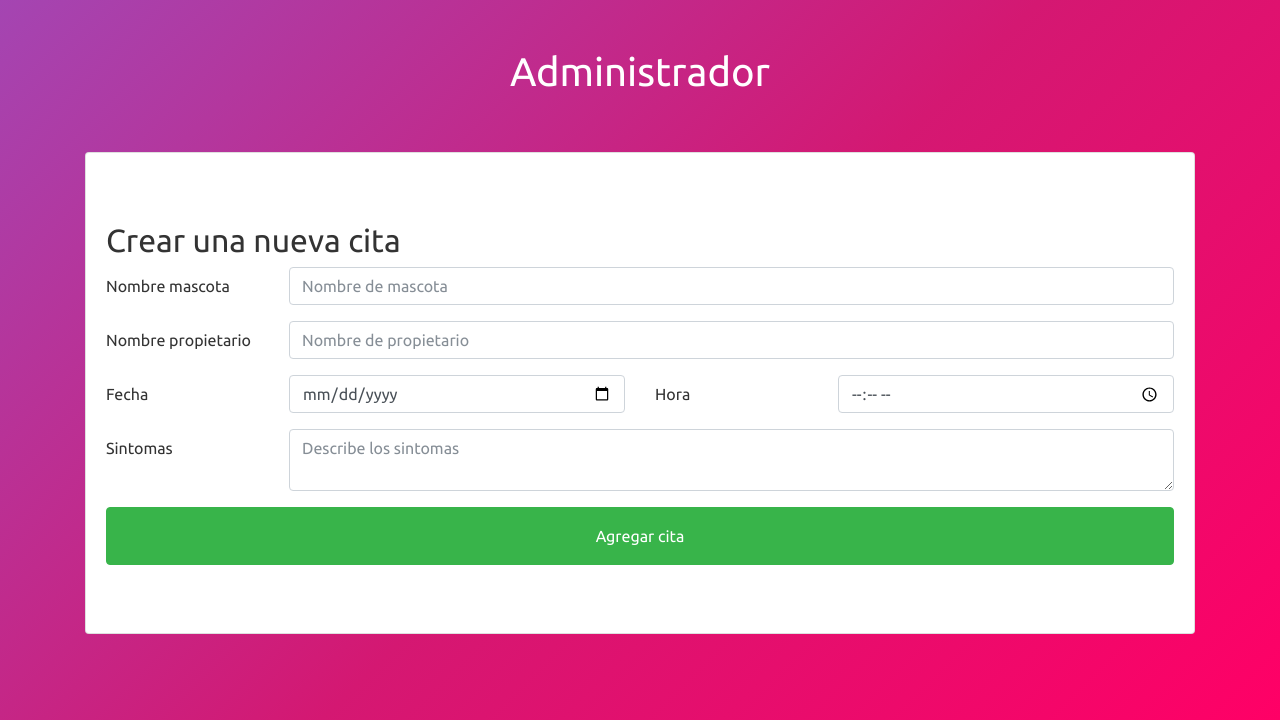
Repository: harrycampaz/react-veterinario-form
Page: /
These files come from the project's save history. The page is drawn as it stood at one moment and after the next save; the edit follows.
The browser window is 1280 px wide. The pictures show the whole page.
The project was rebuilt for these pictures with package versions that can differ from the ones it lists, and the page was loaded fresh each time.

Above is the page before, as saved 2020-01-16 16:44:00.

### src/App.js
import React, { Component } from "react";
import "./bootstrap.min.css";
import Header from "./components/ui/Header";
import NuevaCita from "./components/layout/NuevaCita";

class App extends Component {
  state = {
    citas: []
  };

  createNewCita = data => {

    const citas = [...this.state.citas, data];

    this.setState({
      citas
    })
    }
  render() {
    return (
      <div className="container">
        <Header titulo="Administrador" />
        <div className="row">
          <div className="col-md-12 max-auto">
            <NuevaCita  createNewCita = {this.createNewCita}  />
          </div>
        </div>
      </div>
    );
  }
}

export default App;

### src/components/ui/Header.js
import React from 'react';

const Header = ({titulo}) => {
    return (
      <header>
<h1 className="text-center"> {titulo}</h1>
      </header>
    );
};

export default Header;

### src/components/layout/NuevaCita.js
import React, { Component } from "react";
import uuid from 'uuid';

const stateInicial = {
    cita: {
        mascota: '',
        propietario: '',
        fecha: '',
        hora: '',
        sintomas: ''
    },
    error : false
}

class NuevaCita extends Component {

    state = {...stateInicial}

    handleChange = (e) => {
        console.log(e.target.name + ' : ' + e.target.value);

        this.setState({
            cita: {
                ...this.state.cita,
                [e.target.name]: e.target.value
            }
        })

    }

    haldleSubmit = (e) => {

        e.preventDefault();

        const {mascota, propietario, hora, fecha, sintomas} = this.state.cita;

        if(mascota === '' || propietario === '' || hora === '' || fecha === '' || sintomas ===''){

            this.setState({
                error: true
            })

            return;

        }

        const newCita = {...this.state.cita};

        newCita.id = uuid();
        this.props.createNewCita(newCita);

        this.setState({
            ...stateInicial
        })

    }

  render() {

    const {error} = this.state;
    return (

      <div className="card mt-5 py-5">
        <div className="card-body">
          <h2> Crear una nueva cita</h2>

{error ? <div class="alert alert-danger" role="alert">
  Todos los cambios son obligatorios!
</div> : null}

        <form onSubmit = {this.haldleSubmit}>
          <div className="form-group row">
            <label className="col-sm-4 col-lg-2 col-form-label">
              Nombre mascota
            </label>
            <div className="col-sm-8 col-lg-10">
              <input
                type="text"
                className="form-control"
                name="mascota"
                id="mascota"
                placeholder="Nombre de mascota"
                onChange = {this.handleChange}
                value = {this.state.cita.mascota}
              />
            </div>
          </div>
          <div className="form-group row">
            <label className="col-sm-4 col-lg-2 col-form-label">
              Nombre propietario
            </label>
            <div className="col-sm-8 col-lg-10">
              <input
                type="text"
                className="form-control"
                name="propietario"
                id="propietario"

                placeholder="Nombre de propietario"
                onChange = {this.handleChange}
                value = {this.state.cita.propietario}
              />
            </div>
          </div>

          <div className="form-group row">
            <label className="col-sm-4 col-lg-2 col-form-label">
              Fecha
            </label>
            <div className="col-sm-8 col-lg-4">
              <input
                type="date"
                className="form-control"
                name="fecha"
                id="fecha"
                onChange = {this.handleChange}
                value = {this.state.cita.fecha}

              />
            </div>

            <label className="col-sm-4 col-lg-2 col-form-label">
              Hora
            </label>
            <div className="col-sm-8 col-lg-4">
              <input
                type="time"
                className="form-control"
                name="hora"
                id="hora"

                placeholder="Nombre de propietario"
                onChange = {this.handleChange}
                value = {this.state.cita.hora}
              />
            </div>
          </div>

          <div className="form-group row">
            <label className="col-sm-4 col-lg-2 col-form-label">
              Sintomas
            </label>
            <div className="col-sm-8 col-lg-10">
              <textarea
                type="text"
                className="form-control"
                name="sintomas"
                id="sintomas"
                placeholder="Describe los sintomas"
                onChange = {this.handleChange}
                value = {this.state.cita.sintomas}
              ></textarea>

            </div>
          </div>

          <input type="submit" className=" py-3 mt-2 btn btn-success btn-block" value="Agregar cita"/>
        </form>
      </div>
      </div>
    );
  }
}

export default NuevaCita;

### src/components/layout/ListCitas.js
import React from 'react';

const ListCitas = () => {
    return (
        <div>
           <h1> Lista citas</h1>
        </div>
    );
};

export default ListCitas;

Loaded but not shown: public/index.html (common file); src/index.js (common file); src/index.css (common file); src/serviceWorker.js (common file); src/bootstrap.min.css (library)

After the next save:
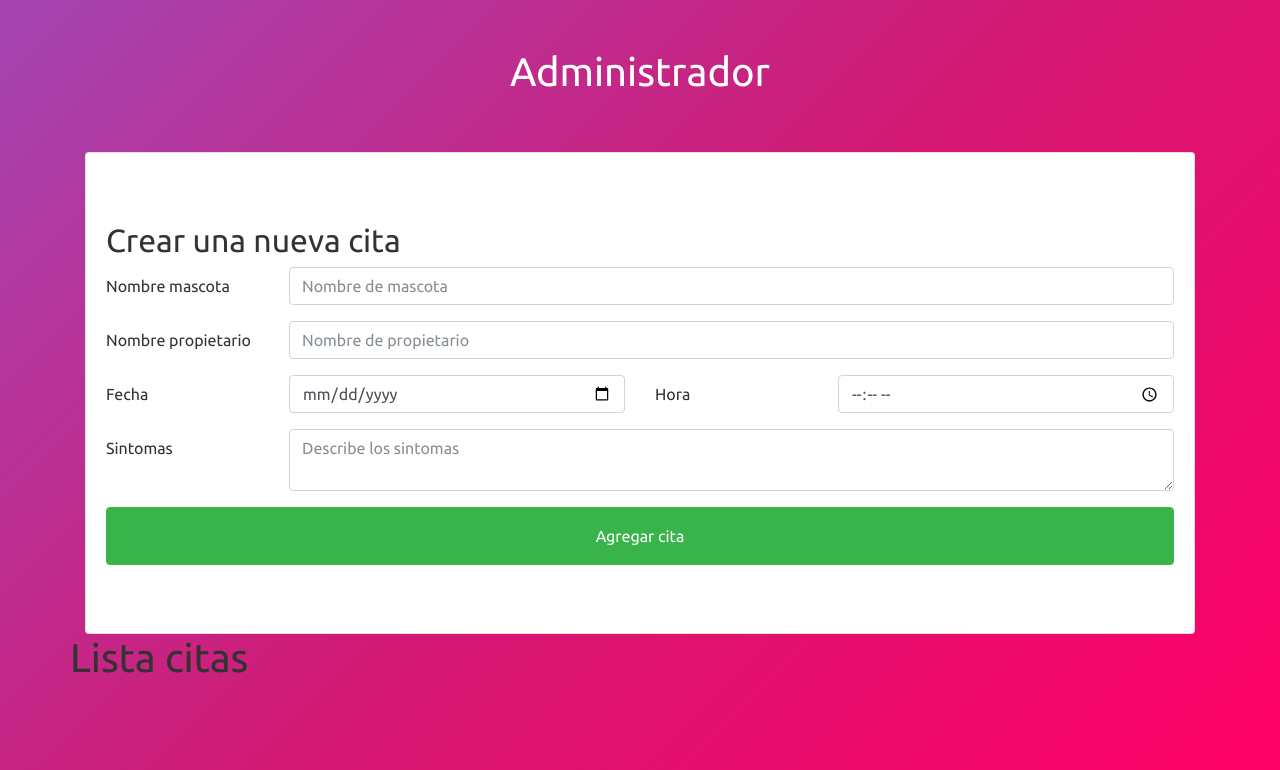
Saved 79 s later.
--- a/src/App.js
+++ b/src/App.js
@@ -2,6 +2,7 @@ import React, { Component } from "react";
 import "./bootstrap.min.css";
 import Header from "./components/ui/Header";
 import NuevaCita from "./components/layout/NuevaCita";
+import ListCitas from "./components/layout/ListCitas";
 
 class App extends Component {
   state = {
@@ -24,6 +25,8 @@ class App extends Component {
           <div className="col-md-12 max-auto">
             <NuevaCita  createNewCita = {this.createNewCita}  />
           </div>
+
+<ListCitas citas = {this.state.citas} />
         </div>
       </div>
     );
--- a/src/components/layout/ListCitas.js
+++ b/src/components/layout/ListCitas.js
@@ -1,6 +1,6 @@
 import React from 'react';
 
-const ListCitas = () => {
+const ListCitas = ({citas}) => {
     return (
         <div>
            <h1> Lista citas</h1>
